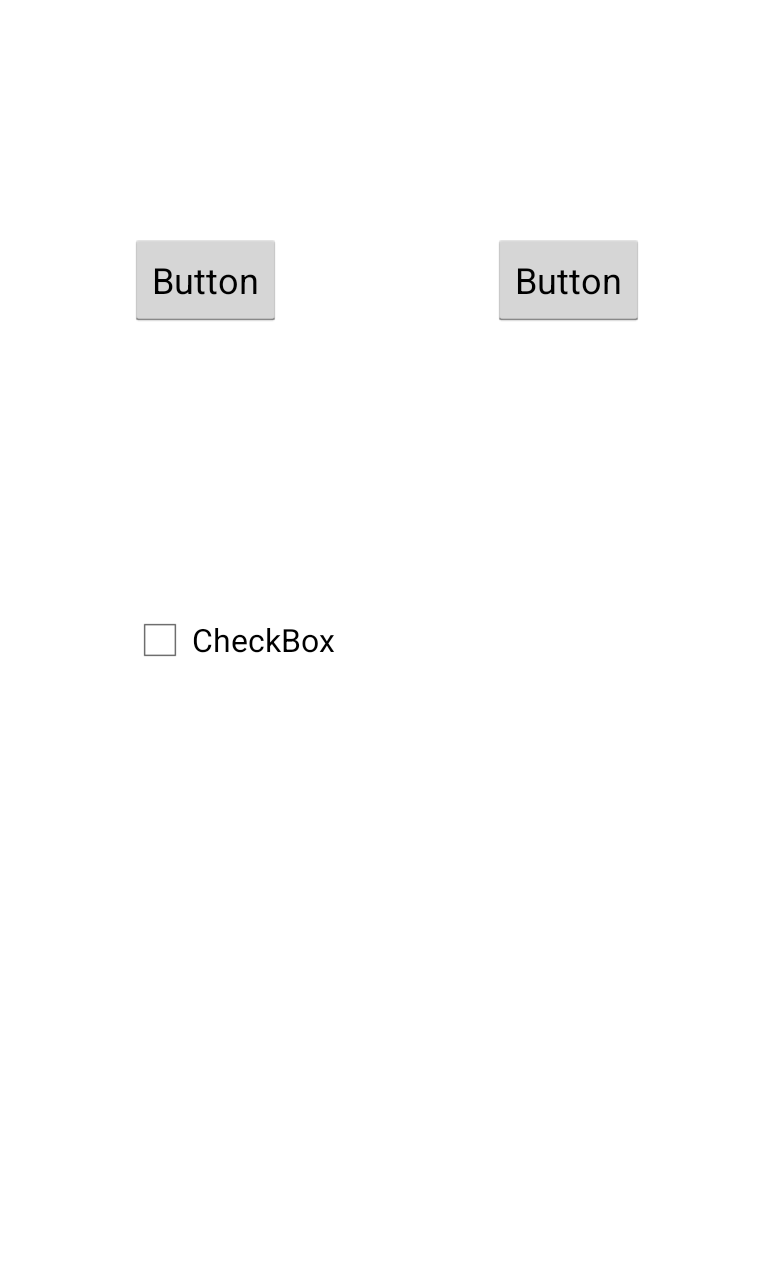
Repository: MadhuHS/JECM3
Layout: Threads_Demo/res/layout/activity_main.xml
The author's editor kept a copy of each file at every save. The layout is drawn from the files as they stood at one save, then again after the next save.
It is drawn on a 768 x 1280 px phone screen (xhdpi) without system bars, with theme AppTheme; the app's code is not run.

Above is the layout before, as saved 2015-12-10 03:09:49.

### Threads_Demo/res/layout/activity_main.xml
<RelativeLayout xmlns:android="http://schemas.android.com/apk/res/android"
    xmlns:tools="http://schemas.android.com/tools"
    android:layout_width="match_parent"
    android:layout_height="match_parent"
    android:paddingBottom="@dimen/activity_vertical_margin"
    android:paddingLeft="@dimen/activity_horizontal_margin"
    android:paddingRight="@dimen/activity_horizontal_margin"
    android:paddingTop="@dimen/activity_vertical_margin"
    tools:context=".MainActivity" >

    <Button
        android:id="@+id/buttonstart"
        android:layout_width="wrap_content"
        android:layout_height="wrap_content"
        android:layout_alignParentLeft="true"
        android:layout_alignParentTop="true"
        android:layout_marginLeft="48dp"
        android:layout_marginTop="100dp"
        android:text="Button" />

    <Button
        android:id="@+id/button2"
        android:layout_width="wrap_content"
        android:layout_height="wrap_content"
        android:layout_alignBaseline="@+id/buttonstart"
        android:layout_alignBottom="@+id/buttonstart"
        android:layout_alignParentRight="true"
        android:layout_marginRight="45dp"
        android:text="Button" />

    <CheckBox
        android:id="@+id/checkBox1"
        android:layout_width="wrap_content"
        android:layout_height="wrap_content"
        android:layout_alignLeft="@+id/buttonstart"
        android:layout_centerVertical="true"
        android:text="CheckBox" />

</RelativeLayout>

Loaded but not shown: Threads_Demo/res/values/styles.xml (common file); Threads_Demo/res/values-v11/styles.xml (common file); Threads_Demo/res/values-v14/styles.xml (common file); Threads_Demo/res/values/dimens.xml (common file)

After the next save:
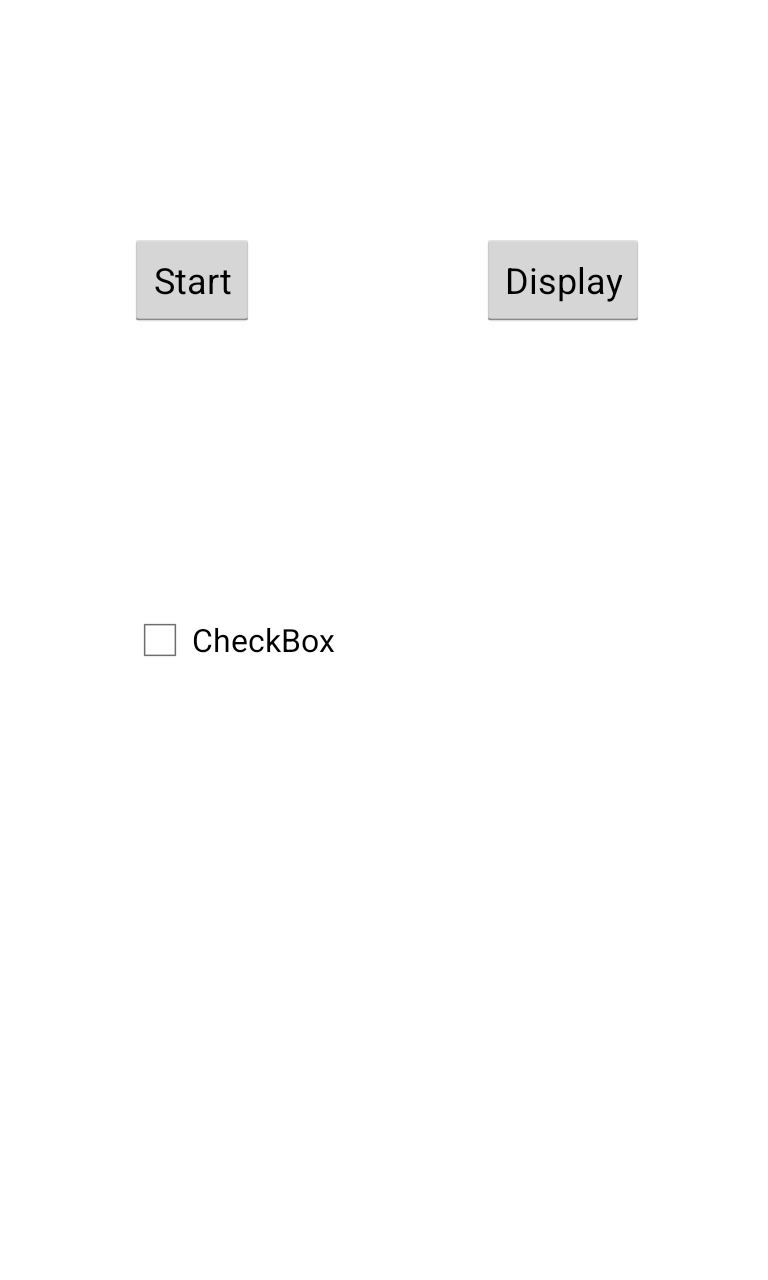
Saved 25 s later.
--- a/Threads_Demo/res/layout/activity_main.xml
+++ b/Threads_Demo/res/layout/activity_main.xml
@@ -16,17 +16,17 @@
         android:layout_alignParentTop="true"
         android:layout_marginLeft="48dp"
         android:layout_marginTop="100dp"
-        android:text="Button" />
+        android:text="Start" />
 
     <Button
-        android:id="@+id/button2"
+        android:id="@+id/buttondisplay"
         android:layout_width="wrap_content"
         android:layout_height="wrap_content"
         android:layout_alignBaseline="@+id/buttonstart"
         android:layout_alignBottom="@+id/buttonstart"
         android:layout_alignParentRight="true"
         android:layout_marginRight="45dp"
-        android:text="Button" />
+        android:text="Display" />
 
     <CheckBox
         android:id="@+id/checkBox1"
